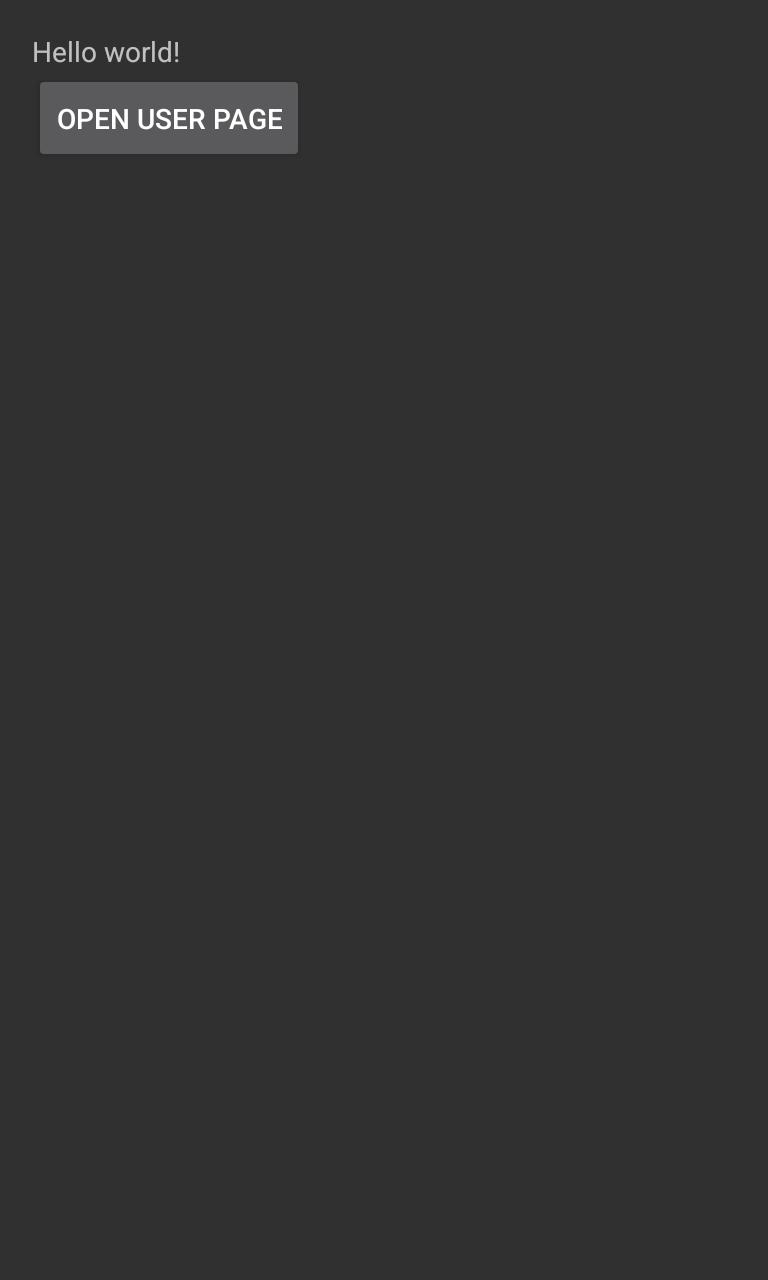
Repository: mberenguerascampi/github_app
Layout: GitHubApp/res/layout/activity_user_detail.xml
The author's editor kept a copy of each file at every save. The layout is drawn from the files as they stood at one save, then again after the next save.
It is drawn on a 768 x 1280 px phone screen (xhdpi) without system bars, with theme Theme.AppCompat; the app's code is not run.

Above is the layout before, as saved 2014-12-25 17:16:38.

### GitHubApp/res/layout/activity_user_detail.xml
<RelativeLayout xmlns:android="http://schemas.android.com/apk/res/android"
    xmlns:tools="http://schemas.android.com/tools"
    android:layout_width="match_parent"
    android:layout_height="match_parent"
    android:paddingBottom="@dimen/activity_vertical_margin"
    android:paddingLeft="@dimen/activity_horizontal_margin"
    android:paddingRight="@dimen/activity_horizontal_margin"
    android:paddingTop="@dimen/activity_vertical_margin"
    tools:context="mbc.com.githubapp.activities.UserDetailActivity" >

    <TextView
        android:id="@+id/score_textview"
        android:layout_width="wrap_content"
        android:layout_height="wrap_content"
        android:text="@string/hello_world" />

    <Button
        android:id="@+id/open_button"
        android:layout_below="@+id/score_textview"
        android:layout_width="wrap_content"
        android:layout_height="wrap_content"
        android:text="@string/open_user_page_text"
        android:gravity="center_vertical|center_horizontal"
        />

</RelativeLayout>

### GitHubApp/res/values/strings.xml
<?xml version="1.0" encoding="utf-8"?>
<resources>

    <string name="app_name">GitHubApp</string>
    <string name="title_activity_splash">SplashActivity</string>
    <string name="hello_world">Hello world!</string>
    <string name="action_settings">Settings</string>
    <string name="title_activity_main">Search GitHub Users</string>

    <!-- SPLASH -->
    <string name="splash_text">GitHubApp</string>

    <!-- MAIN ACTIVITY -->
    <string name="search_user_text">User: </string>
    <string name="search_user_hint">Type a user</string>
    <string name="search_button_text">Search</string>
    <string name="title_activity_user_detail">UserDetailActivity</string>

    <!-- USER DETAIL ACTIVITY -->
    <string name="open_user_page_text">Open user page</string>

</resources>

Loaded but not shown: GitHubApp/res/values/dimens.xml (common file); GitHubApp/res/values-w820dp/dimens.xml (common file)

After the next save:
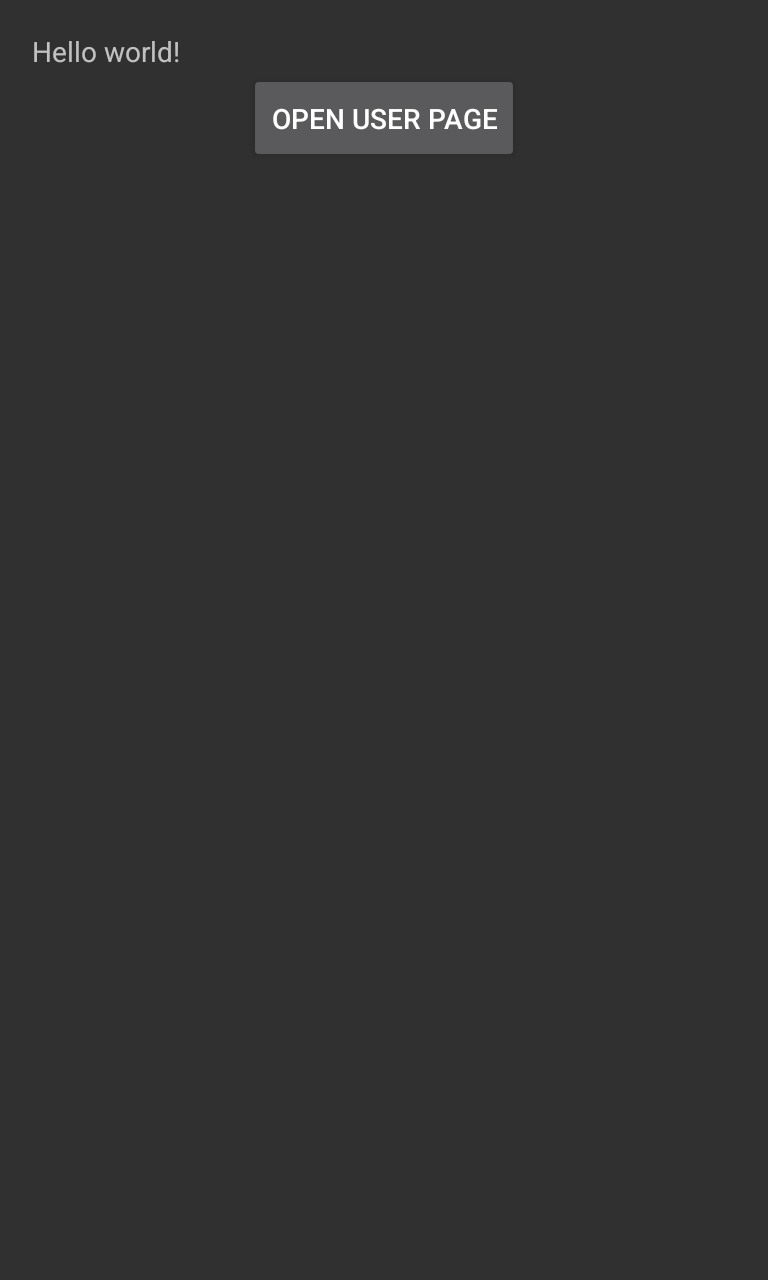
Saved 46 s later.
--- a/GitHubApp/res/layout/activity_user_detail.xml
+++ b/GitHubApp/res/layout/activity_user_detail.xml
@@ -20,6 +20,7 @@
         android:layout_width="wrap_content"
         android:layout_height="wrap_content"
         android:text="@string/open_user_page_text"
+        android:layout_centerInParent="true"
         android:gravity="center_vertical|center_horizontal"
         />
 
